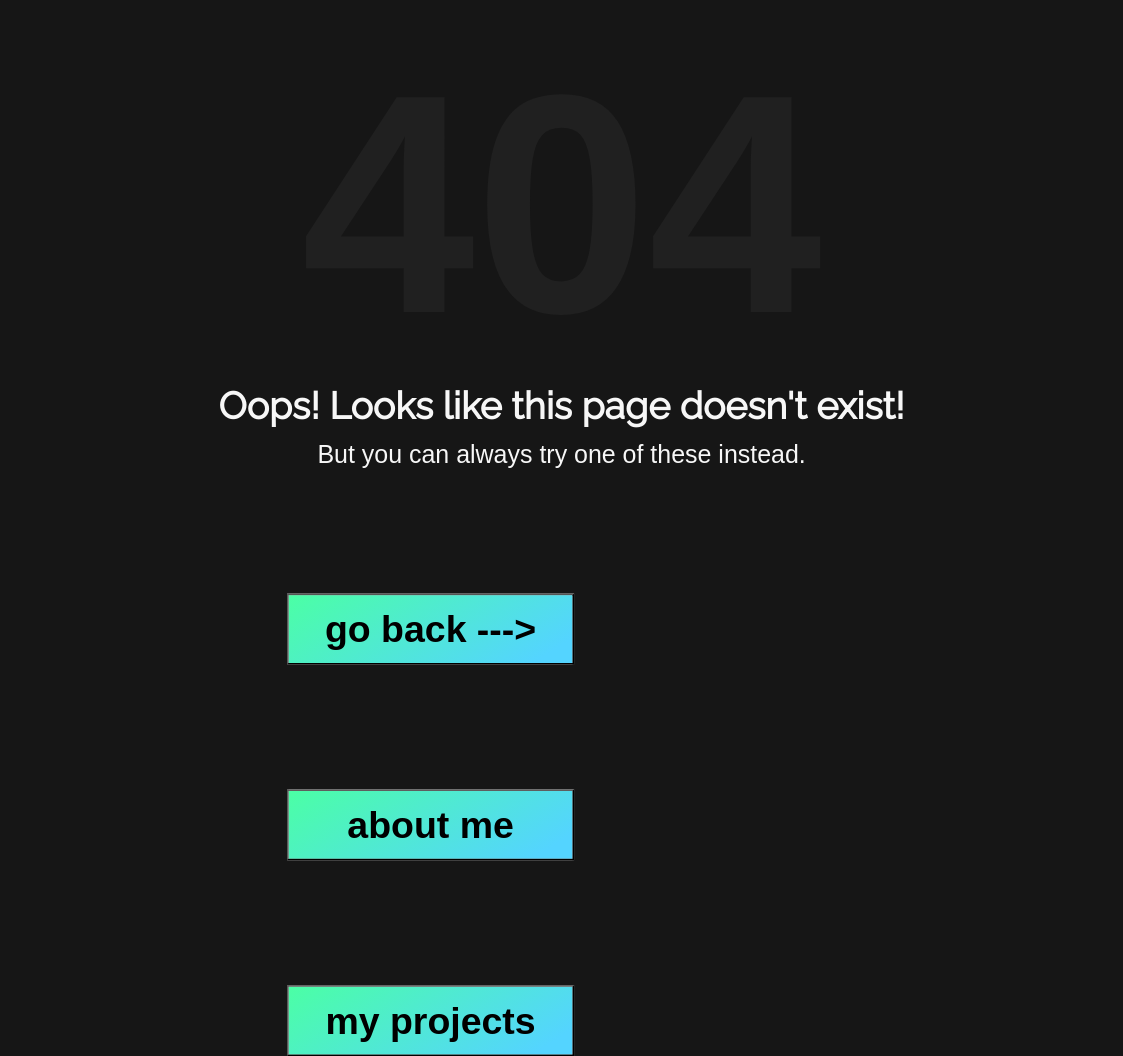
Repository: TeeJaysDev/Portfolio
Page: 404.html
An editor plug-in stored every save of this project. The page is shown before and after the next save, followed by the edit.
The browser window is 1440 px wide. The pictures show the whole page, at 78% of full size.

Above is the page before, as saved 2021-08-27 11:05:26.

### 404.html
<!DOCTYPE html>
<html lang="en">
<head>
    <meta charset="UTF-8">
    <meta http-equiv="X-UA-Compatible" content="IE=edge">
    <meta name="viewport" content="width=device-width, initial-scale=1.0">
    <script type="text/javascript" src="script.js"></script>
    <link rel="stylesheet" href="404.css">
    <link rel="preconnect" href="https://fonts.gstatic.com">
    <link href="https://fonts.googleapis.com/css2?family=Raleway&display=swap" rel="stylesheet">
    <title>Tymon Jędryczka | Portfolio</title>
</head>
<body>
    <section class="error">
        <h2>
            404
        </h2>
        <h1>
            Oops! Looks like this page doesn't exist!
        </h1>
        <h3>
            But you can always try one of these instead.
        </h3>
        <button>
            <a href="https://teejay.dev" target="_blank" rel="noopener">go back ---></a>
        </button>
        <button>
            <a href="https://teejay.dev/#about" target="_blank" rel="noopener">about me</a>
        </button>
        <button>
            <a href="https://teejay.dev/#projects" target="_blank" rel="noopener">my projects</a>
        </button>
    </section>
</body>
</html>

### 404.css
@import url('https://fonts.googleapis.com/css2?family=Raleway&display=swap');

* {
    margin: 0;
    padding: 0;
    box-sizing: border-box;
    font-family: sans-serif;
    text-decoration: none;
    list-style: none;
    z-index: 1;
}

body {
    background-color: #161616;
}

h1, h3 {
    display: flex;
    justify-content: center;
    color: #F7F7F7;
}

h1 {
    font-family: Raleway;
    font-size: 4rem;
    font-weight: 700;
    margin-bottom: 1rem;
}

h3 {
    font-family: Arial, Helvetica, sans-serif;
    font-size: 2rem;
    font-weight: 400;
}

h2 {
    display: flex;
    justify-content: center;
    color: #202020;
    font-size: 40rem;
    z-index: 0;
    margin-top: 5rem;
}

button a {
    text-align: center;
    font-size: 3rem;
    color: #000000;
}

button {
    padding: 1rem;
    width: 23rem;
    font-weight: bold;
    text-align: center;
    margin-left: 23rem;
    margin-top: 10rem;
    background-image: linear-gradient(147deg, #4bffa5, #54d4ff 90%);
    color: #000000;
    cursor: pointer;
}

@media only screen
and (max-width: 2560px)
and (min-width: 1440px) {

    h1 {
        font-size: 3rem;
        font-weight: 700;
        margin-bottom: 1rem;
    }

    h3 {
        font-family: Arial, Helvetica, sans-serif;
        font-size: 2rem;
        font-weight: 400;
    }

    h2 {
        display: flex;
        justify-content: center;
        color: #202020;
        font-size: 25rem;
        z-index: 0;
        margin-top: 2rem;
    }

    button a {
        text-align: center;
        font-size: 3rem;
        color: #000000;
    }

    button {
        padding: 1rem;
        width: 23rem;
        font-weight: bold;
        text-align: center;
        margin-left: 23rem;
        margin-top: 10rem;
        background-image: linear-gradient(147deg, #4bffa5, #54d4ff 90%);
        color: #000000;
        cursor: pointer;
    }
}

Loaded but not shown: script.js (no stored copy; drawn as an empty file)

After the next save:
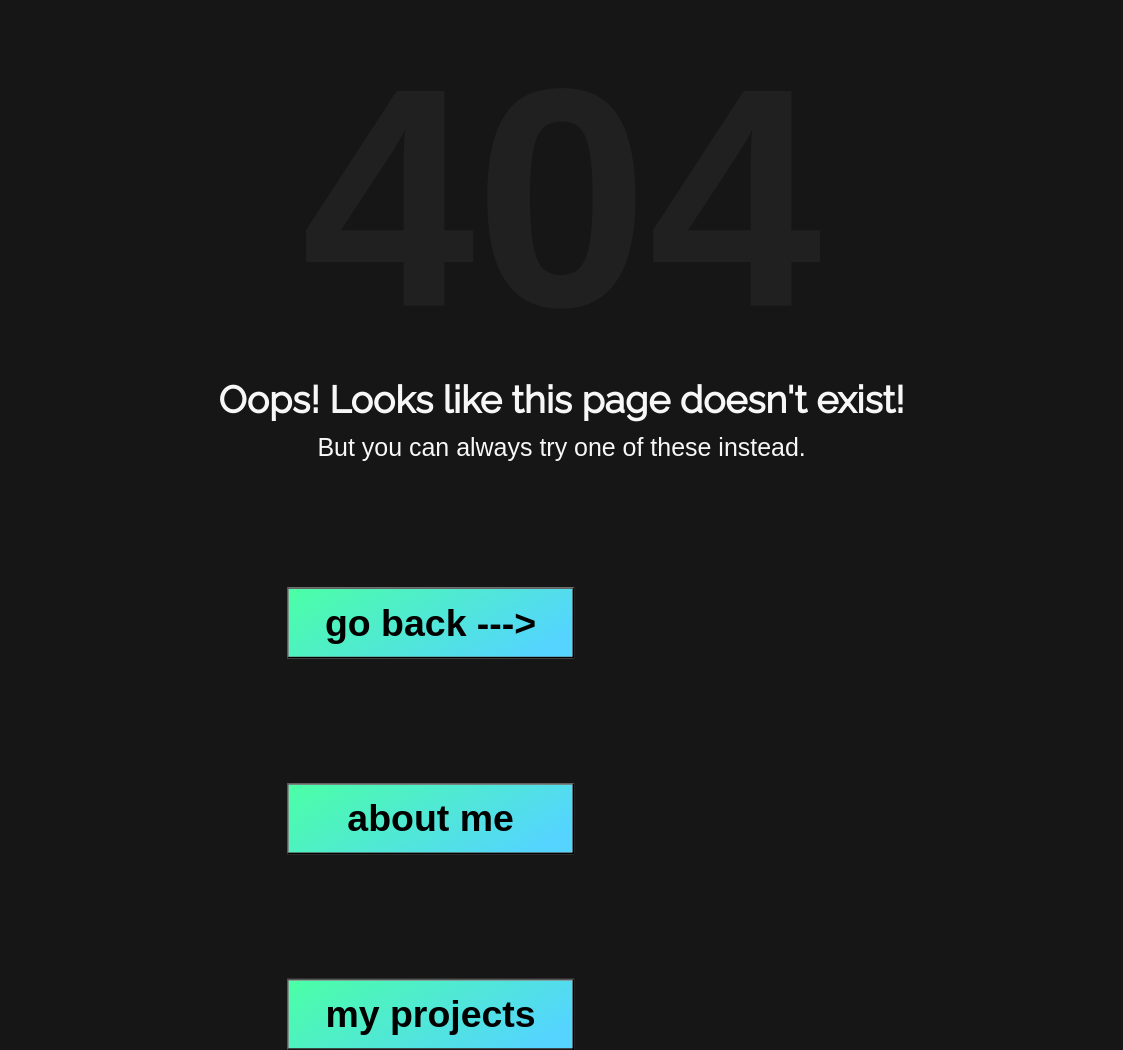
Saved 4 s later.
--- a/404.css
+++ b/404.css
@@ -82,7 +82,7 @@ and (min-width: 1440px) {
         color: #202020;
         font-size: 25rem;
         z-index: 0;
-        margin-top: 2rem;
+        margin-top: 1.5rem;
     }
 
     button a {
